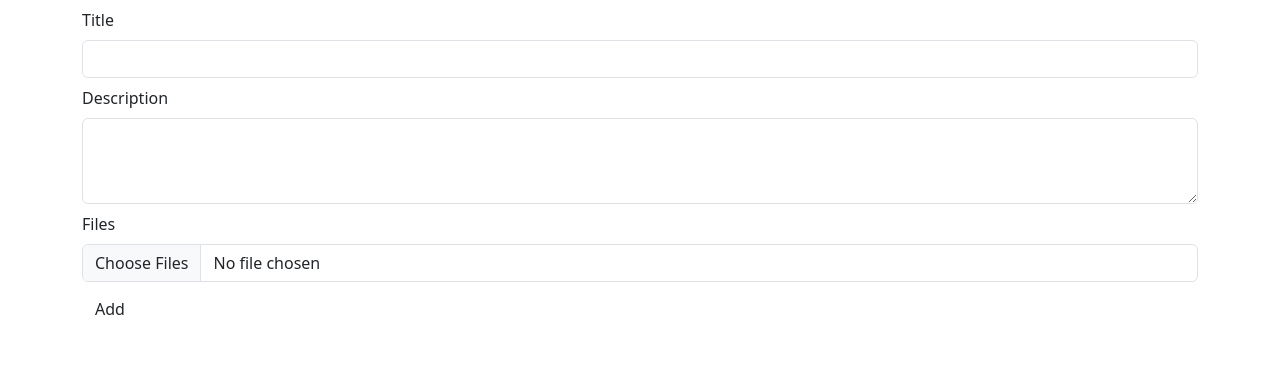
Repository: wasimalbokae2000/blogs
Page: http://localhost/posts/create
The author's editor kept a copy of each file at every save. The page is drawn from the files as they stood at one save, then again after the next save.
The browser window is 1280 px wide. The pictures show the whole page.
The page is served by the project's Laravel application, run on PHP 8.4 with Laravel 12.

Above is the page before, as saved 2024-11-27 23:19:38.

After the next save:
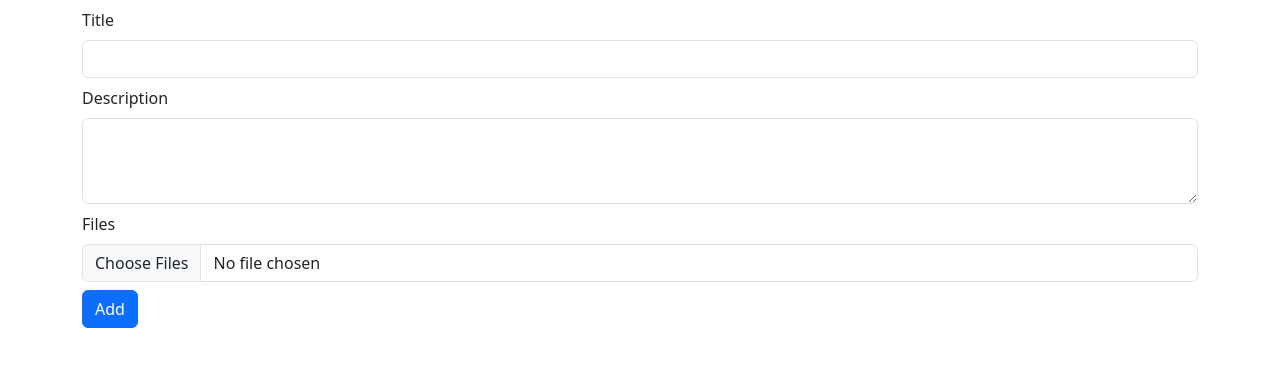
Saved 47 s later.
--- a/resources/views/posts/create.blade.php
+++ b/resources/views/posts/create.blade.php
@@ -16,7 +16,7 @@
             <label for="image" class="form-label">Files</label>
             <input class="form-control" type="file" id="image" name="image[]" multiple>
         </div>
-        <button class="btn" type="submit">Add</button>
+        <button class="btn btn-primary" type="submit">Add</button>
     </form>
 </div>
 
